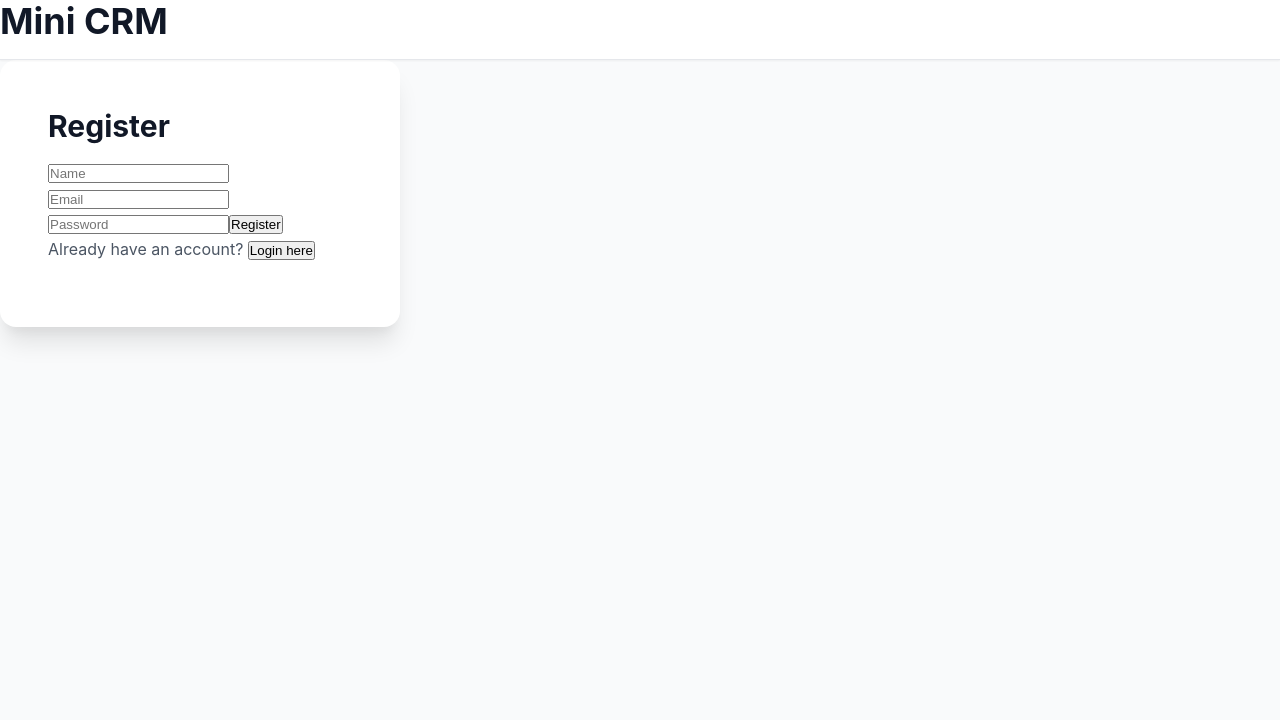
Repository: KarthikMallareddy/Mini-CRM
Page: /register (app in frontend/)
An editor plug-in stored every save of this project. The page is shown before and after the next save, followed by the edit.
The browser window is 1280 px wide. The pictures show the whole page.
The project was rebuilt for these pictures with package versions that can differ from the ones it lists, and the page was loaded fresh each time. Also part of the build but not shown: frontend/src/components/CustomerList.js, frontend/src/components/LeadList.js, frontend/src/components/CustomerDetail.js, frontend/src/components/LeadForm.js, frontend/src/pages/Login.js, frontend/src/pages/Dashboard.js.

Above is the page before, as saved 2025-09-14 11:24:16.

After the next save:
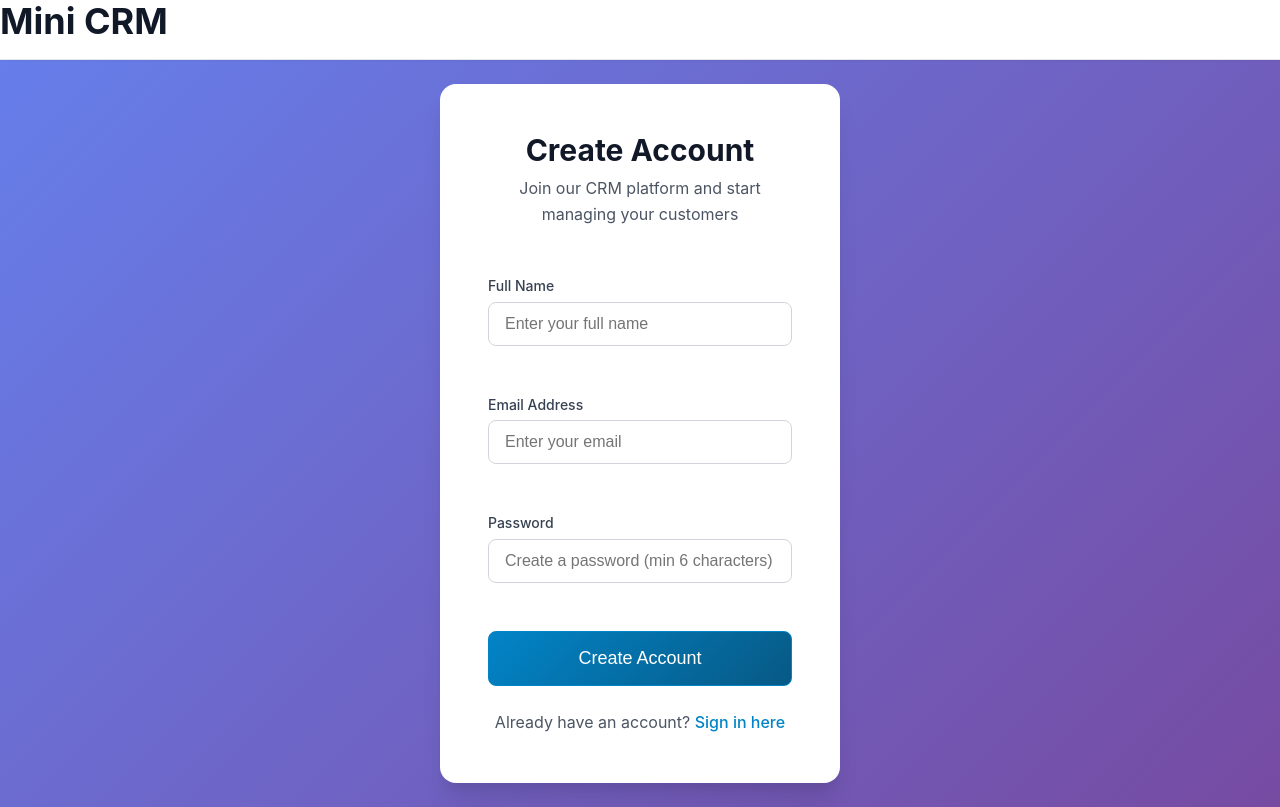
Saved 61 s later.
--- a/frontend/src/pages/Register.js
+++ b/frontend/src/pages/Register.js
@@ -1,11 +1,12 @@
 import React, { useState } from 'react';
-import { useNavigate } from 'react-router-dom';
+import { useNavigate, Link } from 'react-router-dom';
 
 const Register = () => {
   const navigate = useNavigate();
   const [form, setForm] = useState({ name: '', email: '', password: '' });
   const [error, setError] = useState('');
   const [success, setSuccess] = useState('');
+  const [isLoading, setIsLoading] = useState(false);
 
   const handleChange = (e) => {
     setForm({ ...form, [e.target.name]: e.target.value });
@@ -15,6 +16,8 @@ const Register = () => {
     e.preventDefault();
     setError('');
     setSuccess('');
+    setIsLoading(true);
+
     try {
       const res = await fetch('/api/auth/register', {
         method: 'POST',
@@ -23,25 +26,98 @@ const Register = () => {
       });
       const data = await res.json();
       if (!res.ok) throw new Error(data.message || 'Registration failed');
-      setSuccess('Registration successful!');
+      setSuccess('Registration successful! Redirecting to login...');
+      setTimeout(() => navigate('/login'), 2000);
     } catch (err) {
       setError(err.message);
+    } finally {
+      setIsLoading(false);
     }
   };
 
   return (
-    <div className="auth-container">
-      <h2>Register</h2>
-      <form onSubmit={handleSubmit}>
-        <input name="name" placeholder="Name" value={form.name} onChange={handleChange} required />
-        <input name="email" type="email" placeholder="Email" value={form.email} onChange={handleChange} required />
-        <input name="password" type="password" placeholder="Password" value={form.password} onChange={handleChange} required />
-        <button type="submit">Register</button>
-      </form>
-      {error && <div className="error">{error}</div>}
-      {success && <div className="success">{success}</div>}
-      <div className="auth-link">
-        <p>Already have an account? <button onClick={() => navigate('/login')} className="link-button">Login here</button></p>
+    <div className="auth-page">
+      <div className="auth-container">
+        <div className="auth-header">
+          <h1 className="auth-title">Create Account</h1>
+          <p className="auth-subtitle">Join our CRM platform and start managing your customers</p>
+        </div>
+
+        <form onSubmit={handleSubmit} className="auth-form">
+          <div className="form-group">
+            <label className="form-label" htmlFor="name">Full Name</label>
+            <input
+              id="name"
+              name="name"
+              type="text"
+              className="form-input"
+              placeholder="Enter your full name"
+              value={form.name}
+              onChange={handleChange}
+              required
+            />
+          </div>
+
+          <div className="form-group">
+            <label className="form-label" htmlFor="email">Email Address</label>
+            <input
+              id="email"
+              name="email"
+              type="email"
+              className="form-input"
+              placeholder="Enter your email"
+              value={form.email}
+              onChange={handleChange}
+              required
+            />
+          </div>
+
+          <div className="form-group">
+            <label className="form-label" htmlFor="password">Password</label>
+            <input
+              id="password"
+              name="password"
+              type="password"
+              className="form-input"
+              placeholder="Create a password (min 6 characters)"
+              value={form.password}
+              onChange={handleChange}
+              required
+              minLength="6"
+            />
+          </div>
+
+          <button
+            type="submit"
+            className="btn btn-primary btn-lg w-full"
+            disabled={isLoading}
+          >
+            {isLoading ? (
+              <>
+                <div className="spinner"></div>
+                Creating Account...
+              </>
+            ) : (
+              'Create Account'
+            )}
+          </button>
+        </form>
+
+        {error && (
+          <div className="alert alert-error">
+            {error}
+          </div>
+        )}
+
+        {success && (
+          <div className="alert alert-success">
+            {success}
+          </div>
+        )}
+
+        <div className="auth-toggle">
+          Already have an account? <Link to="/login">Sign in here</Link>
+        </div>
       </div>
     </div>
   );
